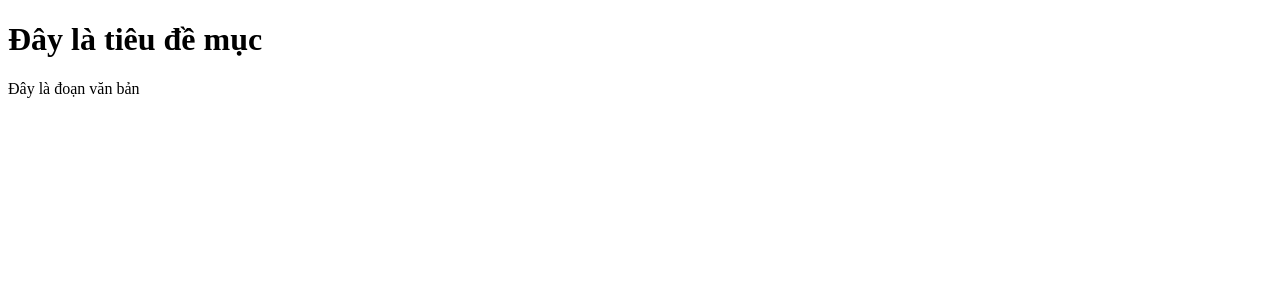
Repository: congle98/CSS_demo1
Page: index.html
The author's editor kept a copy of each file at every save. The page is drawn from the files as they stood at one save, then again after the next save.
The browser window is 1280 px wide. The pictures show the whole page.

Above is the page before, as saved 2021-05-26 11:45:56.

After the next save:
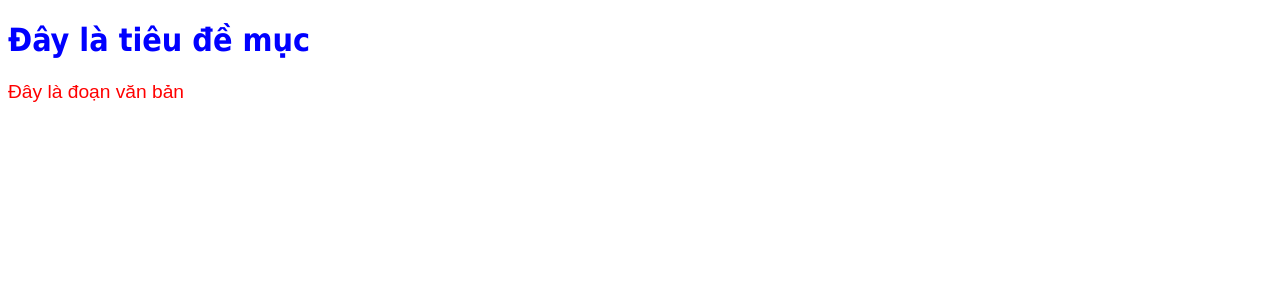
Saved 41 s later.
--- a/index.html
+++ b/index.html
@@ -4,6 +4,19 @@
     <meta charset="UTF-8">
     <meta http-equiv="X-UA-Compatible" content="IE=edge">
     <meta name="viewport" content="width=device-width, initial-scale=1.0">
+    <style>
+        h1 {
+            color:blue;
+            font-family:Tahoma;
+            font-size:200%;
+
+        }
+        p  {
+            color:red;
+            font-family:Arial;
+            font-size:120%;
+        }
+    </style>
     <title>Title</title>
 </head>
 <body>
